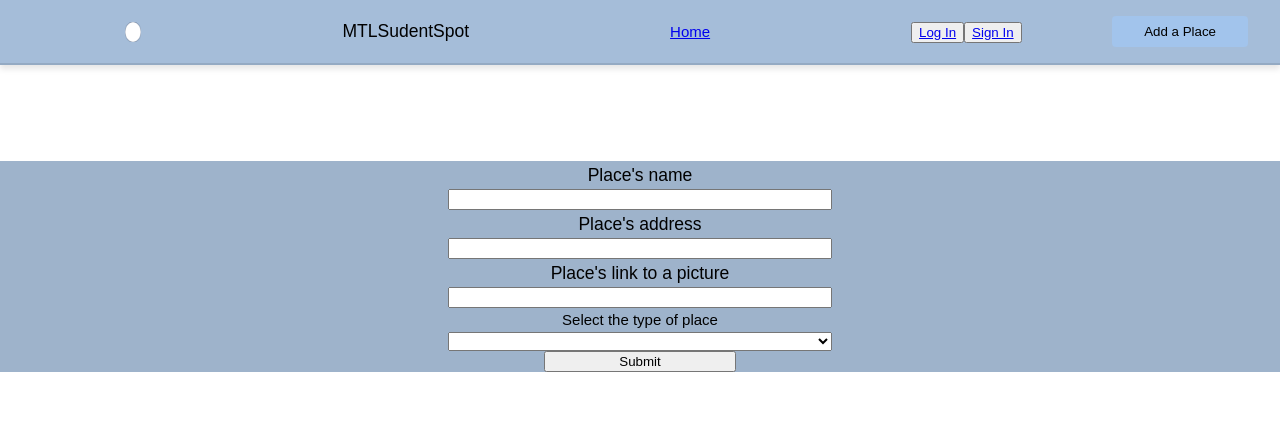
Repository: KevMn6ix/MOD8-2232-GRA-Damois-Leroi--Morant-Munto
Page: /places/add (app in client/)
An editor plug-in stored every save of this project. The page is shown before and after the next save, followed by the edit.
The browser window is 1280 px wide. The pictures show the whole page.
The project was rebuilt for these pictures with package versions that can differ from the ones it lists, and the page was loaded fresh each time. Also part of the build but not shown: client/vite.config.js, client/src/components/HelloWorld.vue, client/src/services/Api.js, client/src/services/AuthentificationService.js, client/src/components/Login.vue, client/src/views/LoginPage.vue, client/src/components/NavBar.vue, client/src/components/RowLandingPage.vue and 2 more.

Above is the page before, as saved 2023-10-18 13:14:33.

### client/index.html
<!DOCTYPE html>
<html lang="en">
  <head>
    <meta charset="UTF-8">
    <link rel="icon" href="/favicon.ico">
    <link href="https://cdnjs.cloudflare.com/ajax/libs/font-awesome/5.15.3/css/all.min.css" rel="stylesheet">

    <meta name="viewport" content="width=device-width, initial-scale=1.0">
    <title>Vite App</title>
  </head>
  <body>
    <div id="app"></div>
    <script type="module" src="/src/main.js"></script>
  </body>
</html>

### client/src/assets/main.css
@import './base.css';
/*
#app {
  max-width: 1280px;
  margin: 0 auto;
  padding: 2rem;

  font-weight: normal;
}

a,
.green {
  text-decoration: none;
  color: hsla(160, 100%, 37%, 1);
  transition: 0.4s;
}

@media (hover: hover) {
  a:hover {
    background-color: hsla(160, 100%, 37%, 0.2);
  }
}

@media (min-width: 1024px) {
  body {
    display: flex;
    place-items: center;
  }

  #app {
    display: grid;
    grid-template-columns: 1fr 1fr;
    padding: 0 2rem;
  }
}
*/
@media (prefers-color-scheme: dark) {
  button {
    color:black;
  }
  input {
    color: white;
    background-color: black;
  }
}

### client/src/App.vue
<script setup>
import { RouterLink, RouterView } from 'vue-router'
import HelloWorld from './components/HelloWorld.vue'
</script>

<template >
  <RouterView />

</template>

<style scoped>
template {
  display: flex;
  flex-direction: column;
}

header {
  line-height: 1.5;
  max-height: 100vh;
}

.logo {
  display: block;
  margin: 0 auto 2rem;
}

nav {
  width: 100%;
  font-size: 12px;
  text-align: center;
  margin-top: 2rem;
}

nav a.router-link-exact-active {
  color: var(--color-text);
}

nav a.router-link-exact-active:hover {
  background-color: transparent;
}

nav a {
  display: inline-block;
  padding: 0 1rem;
  border-left: 1px solid var(--color-border);
}

nav a:first-of-type {
  border: 0;
}

@media (min-width: 1024px) {
  header {
    display: flex;
    place-items: center;
    padding-right: calc(var(--section-gap) / 2);
  }

  .logo {
    margin: 0 2rem 0 0;
  }

  header .wrapper {
    display: flex;
    place-items: flex-start;
    flex-wrap: wrap;
  }

  nav {
    text-align: left;
    margin-left: -1rem;
    font-size: 1rem;

    padding: 1rem 0;
    margin-top: 1rem;
  }
}
</style>

### client/src/router/index.js
import { createRouter, createWebHistory } from 'vue-router'
import HomeView from '../views/HomeView.vue'

const router = createRouter({
  history: createWebHistory(import.meta.env.BASE_URL),
  routes: [
    {
      path: '/',
      name: 'home',
      component: HomeView
    },
    {
      path: '/about',
      name: 'about',
      // route level code-splitting
      // this generates a separate chunk (About.[hash].js) for this route
      // which is lazy-loaded when the route is visited.
      component: () => import('../views/AboutView.vue')
    },
    {
      path: '/login',
      name: 'login',

      component: () => import('../views/LoginPage.vue')
    },
    {
      path: '/register',
      name:'register',

      component: () => import('../views/RegisterPage.vue')
    },
    {
      path: '/places/:types',
      name: 'PlacesList',

      component: () => import('../views/PlaceListView.vue')
    },
    {
      path: '/places/review/:id',
      name : 'review',

      component: () => import('../views/PlaceReview.vue')
    },
    {

      path: '/places/:types/:id',
      name: 'PlacePage',

      component: () => import('../views/PlacesPage.vue')

    },
    {
      path: '/places/add',
      name: 'AddPlace',

      component: () => import('../views/AddPageView.vue')
    }
  ]
})

export default router

### client/src/views/HomeView.vue
<script setup>
import { ref } from 'vue'
import NavBar from '../components/NavBar.vue';
import RowLandingPage from '../components/RowLandingPage.vue';
import PlaceList from '../components/PlaceList.vue';
import { RouterLink} from 'vue-router'
import UsePlaceService from '../../server/services/places-service.js';
const userInput = ref('');
const placeService = UsePlaceService();
console.log(placeService.findPlaces())
const tempListPlace = placeService.findPlace()
console.log(tempListPlace)
</script>

<template>
  <header>
    <NavBar @user-input="(termInputed) => {userInput = termInputed;}"/>
  </header>

  <main id="home-body">
    <div v-if="userInput === ''">
    <h1>
      Visit the most beautiful places with MTL<br>Student Spot !
    </h1>
    <ul id="browse">
      <li id="travel"><RouterLink :to="{name : 'PlacesList', params : {types: 'travel'}}"><RowLandingPage textId="travel" textTitle="Travel"/></RouterLink></li>
      <li id="restaurant"><RouterLink :to="{name : 'PlacesList', params : {types: 'restaurants'}}"><RowLandingPage textId="restaurant" textTitle="Restaurant"/></RouterLink></li>
      <li id="activity"><RouterLink :to="{name : 'PlacesList', params : {types: 'activities'}}"><RowLandingPage textId="activity" textTitle="Activity"/></RouterLink></li>
  </ul>
  </div>
  <div v-else id="research">
    <PlaceList :searchTerms="userInput" :placeArray="placeService.findPlaces()"/>
  </div>
  </main>
  <footer>
    <a href="#" aria-label="SoundCloud">
        <i class="footer-icon">🎵</i>  <!-- Emoji used as placeholder for your icons -->
    </a>
    <a href="#" aria-label="Twitter">
        <i class="footer-icon">🐦</i>  <!-- Emoji used as placeholder for your icons -->
    </a>
    <a href="#" aria-label="YouTube">
        <i class="footer-icon">▶️</i>  <!-- Emoji used as placeholder for your icons -->
    </a>
    <a href="#" aria-label="Instagram">
        <i class="footer-icon">📷</i>  <!-- Emoji used as placeholder for your icons -->
    </a>
    <a href="#" aria-label="Facebook">
        <i class="footer-icon">📘</i>  <!-- Emoji used as placeholder for your icons -->
    </a>
  </footer>

</template>
<style >
body, html {
    font-family: Arial, sans-serif;
    margin: 0;
    padding: 0;
}

:root {
    --color-background-header: #A5BDD9;
    --color-background-default: #A5BDD9;
    --color-background-travel: #a2c4ec;
    --color-background-activity: #9EB3CB;
    --text-color-default: #000;
    --text-navbar-color-default: #FFF;
    --color-navbar: #FFF;
    --color-input: #A5BDD9;
    --button-border: #312e2e;
}

/* Dark Mode Variables */
@media (prefers-color-scheme: dark) {
    :root {
        --color-background-header: #A5BDD9;  /* Adjusted for contrast in dark mode */
        --text-color-default: #FFF;
        --text-navbar-color-default: #000;
        --color-navbar: #312e2e;
        --color-input: #FFF;
        --button-border: #FFF;
        /* The blue shades remain the same as you wanted */
    }
}

/* Header styles */
header {
    display: flex;
    justify-content: space-between;
    align-items: center;
    padding: 1rem 2rem;
    background-color: var(--color-background-header);
    color: var(--text-color-default);
    box-shadow: 0 4px 6px rgba(0, 0, 0, 0.1);
    border-bottom: 2px solid rgba(0, 0, 0, 0.1);
}

header > div:last-child {
    display: flex;
    gap: 1rem;

    a, button {
        padding: 0.5rem 1rem;
        border-radius: 0.25rem;
        transition: background-color 0.3s ease;
        text-decoration: none;
    }

    button {
        background-color: var(--color-background-travel);
        color: #FFF;
        border: none;
        cursor: pointer;
    }

    a {
        color: var(--text-color-default);
    }

    button:hover, a:hover {
        background-color: #7faedc;
    }
}

/* Main content styles */
main {
    background-color: var(--color-background-default);
    text-align: center;
    padding: 2rem 0;
    color: var(--text-color-default);
}

#home-body {

    background-image: url('../assets/montrealbynight.jpg');
    background-size: 1520px;
    background-repeat: repeat;
    background-position: 30%;
    position: relative;
    z-index: 1;
}

#home-body::before {
    content: '';
    display: block;
    position: absolute;
    top: 0;
    right: 0;
    bottom: 0;
    left: 0;
    background-color: rgba(2, 7, 16, 0.84);
    z-index: -1;
}

h1 {
    font-size: 2.5rem;
    margin-bottom: 2rem;
    color: white;
}

ul#browse {
    list-style: none;
    padding: 0;
    display: flex;
    flex-direction: column;
    margin: 0;
}

ul#browse li {
  padding: 0;
  margin: 0px;
  border: 5px solid white;
  border-bottom: 0px;
  transition: background-color 0.3s ease;
  height: 350px;
  background-size: cover;
  display: flex;
  justify-content: center;
  align-items: center;
  font-weight: bold;

}

ul#browse li#activity{

    border-bottom: 5px solid white;

}

ul#browse li > * {
    color: black;
    font-weight: bold;
    width: 100%;
    text-align: center;
}

#travel > *{
    text-align: left;
}

#restaurant > *{
    text-align: right;
}


#restaurant, #travel, #activity {
    background-size: cover;
    position: relative;
}

#restaurant::before, #travel::before, #activity::before {

    content: "";
    position: absolute;
    top: 0;
    right: 0;
    bottom: 0;
    left: 0;
    background-color: inherit;
    opacity: 0.40;
    pointer-events: none;
}


#restaurant {
    background-image: url('../assets/restaurant.jpg');
    background-color: var(--color-background-default);
    background-position: center;
    justify-content: flex-end;
}

#travel {
    background-image: url('../assets/travel.jpg');
    background-color: var(--color-background-travel);
    background-position: center;
    justify-content: flex-start;
}

#activity {
    background-image: url('../assets/jetski.jpg');
    background-color: var(--color-background-activity);
    background-position: center;
    justify-content: flex-start;

}

/* Add hover effects */
ul#browse li:hover {
    background-color: rgba(0, 0, 0, 0.1);
}

/* Footer styles */
footer {
  z-index: 1000;
    display: flex;
    justify-content: space-around;
    align-items: center;
    bottom: 0;

    left: 0;
    width: 100%;
    background-color: #1a1a1a;
    padding: 10px 0;
}

.footer-icon {
    font-size: 24px;
    color: white;
    transition: 0.3s;
}

footer a:hover .footer-icon {
    color: #A5BDD9;
}

/* Media Queries for screen size */
@media screen and (max-width: 768px) {  /* For tablets */
    header {
        flex-direction: column;
    }

    ul#browse {
        gap: 0.5rem;
    }

    footer {
        flex-wrap: wrap;
    }
}

@media screen and (max-width: 480px) {  /* For mobile phones */
    header > div {
        flex-direction: column;
        gap: 0.5rem;
    }

    h1 {
        font-size: 2rem;
    }

    ul#browse li {
        padding: 0.5rem 0;
    }

    footer {
        flex-direction: column;
    }
}
</style>

### client/src/views/AddPageView.vue
<script setup>
import { RouterLink } from 'vue-router';
import TheAddPlaceForm from '../components/TheAddPlaceForm.vue';
import  BarOutsideHome from '../components/BarOutsideHome.vue';
import UsePlaceService from '../../server/services/places-service.js';
const placeService = UsePlaceService()
</script>
<template>
    <header>
        <BarOutsideHome/>
    </header>
    <h1>
        Reference any place you like to hang out
    </h1>
    <TheAddPlaceForm @user-input="(termInputed) => {placeService.addPlace(termInputed.Title, termInputed.Address, termInputed.Type, termInputed.Picture); console.log(UsePlaceService().findPlaces())}"/>
</template>
<style scoped>
*{
    min-width: 333px;
}

header {
    display: flex;
    justify-content: space-between;
    align-items: center;
    padding: 1rem 2rem;
    background-color: var(--color-background-header);
    color: var(--text-color-default);
    box-shadow: 0 4px 6px rgba(0, 0, 0, 0.1);
    border-bottom: 2px solid rgba(0, 0, 0, 0.1);
}

header > div:last-child {
    display: flex;
    gap: 1rem;

    a, button {
        padding: 0.5rem 1rem;
        border-radius: 0.25rem;
        transition: background-color 0.3s ease;
        text-decoration: none;
    }

    button {
        background-color: var(--color-background-travel);
        color: #FFF;
        border: none;
        cursor: pointer;
    }

    a {
        color: var(--text-color-default);
    }

    button:hover, a:hover {
        background-color: #7faedc;
    }
}
</style>

### client/server/services/places-service.js
let id = 0;
const placeList = [
  {Id: ++id, Type: "restaurant", Title: "Brutopia", Address: "888 rjij", Rating: 4, HygieneRating: 5, AmbianceRating: 3, PriceRating: 5, Picture: "https://css-tricks.com/wp-content/uploads/2018/10/align-items.svg"},
  {Id: ++id, Type: "activity",Title: "cheval blanc", Address: "56656 fd", Rating: 3, HygieneRating: 3, AmbianceRating: 4, PriceRating: 2},
  {Id: ++id, Type: "travel",Title: "nyx", Address: "86 sfd", Rating: 3, HygieneRating: 4, AmbianceRating: 4, PriceRating: 2},
  {Id: ++id, Type: "restaurant",Title: "bnyx", Address: "86 sfd", Rating: 3, HygieneRating: 4, AmbianceRating: 4, PriceRating: 2, Picture:"https://cdn4.buysellads.net/uu/1/134955/1685040267-designdotdev5.jpg"}
]

let idRating = 0
const PlaceRating = [
    {Id: ++idRating, IdPlace: 2, HygieneRating: 3, AmbianceRating: 4, PriceRating: 2, CommentRate:"Nice place."},
    {Id: ++idRating, IdPlace: 1, HygieneRating: 5, AmbianceRating: 3, PriceRating: 5, CommentRate:"I like to go there."},
    {Id: ++idRating, IdPlace: 4, HygieneRating: 4, AmbianceRating: 4, PriceRating: 2, CommentRate:"They cook my favorite food."},
    {Id: ++idRating, IdPlace: 3, HygieneRating: 4, AmbianceRating: 4, PriceRating: 2, CommentRate:"I went there while visiting."}
]


function findPlaces() {
    return placeList
}

function findPlace(id) {
    for (let place of placeList) {
        if (place.Id == id) {
            return place
        }

    }
    return null
}

function sumAmbiance(listOfRatings) {
    let res = 0;
    for (let rating of listOfRatings) {
        res += rating.AmbianceRating;
    }
    console.log(res)
    return res;
}

function sumHygiene(listOfRatings) {
    let res = 0;
    for (let rating of listOfRatings) {
        res += rating.HygieneRating;
    }

    return res;
}
function sumPrice(listOfRatings) {
    let res = 0;
    for (let rating of listOfRatings) {
        res += rating.PriceRating;
    }
    console.log(res)
    return res;
}

function findRatingsAbout(id) {
    /*console.log(PlaceRating)*/
    return PlaceRating.filter((rating) => {  return rating.IdPlace == id});
}

function actualiseRating(id) {
    const place = findPlace(id);
    console.log(findRatingsAbout(id))
    place.AmbianceRating = Math.round(sumAmbiance(findRatingsAbout(id))/(findRatingsAbout(id).length))
    place.PriceRating = Math.round(sumPrice(findRatingsAbout(id))/(findRatingsAbout(id).length))
    place.AmbianceRating = Math.round(sumHygiene(findRatingsAbout(id))/(findRatingsAbout(id).length))
    place.Rating = Math.round((place.AmbianceRating + place.HygieneRating + place.PriceRating)/3);
}

function addRating(idPlace, hygieneRating, ambianceRating, priceRating, commentRate) {
    /*
    console.log("^^^^^^^^^^^^^^^^^^^^^^^^")
    console.log(idPlace)
    console.log("^^^^^^^^^^^^^^^^^^^^^^^^^^^^")
    */
   const newRating = {}
   newRating["Id"] = idRating++
   newRating["IdPlace"] = placeList[idPlace - 1].Id
   newRating["HygieneRating"] = hygieneRating
   newRating["AmbianceRating"] = ambianceRating
   newRating["PriceRating"] = priceRating
   newRating["CommentRate"] = commentRate
    PlaceRating.push(newRating)
    /*
    console.log("#################")
    console.log(PlaceRating[idRating - 1].IdPlace)
    console.log("##############################")
    */
    actualiseRating(idPlace)
}


function findRatings() {
    return PlaceRating
}

function findRating(id) {
    for (let rating of PlaceRating) {
        if (rating.Id == id) {
            return rating
        }

    }
    return null
}





function addPlace(title, address, type, picture) {
    const newPlace = {}
    newPlace["Id"] =id++
    newPlace["Type"] =type
    newPlace["Title"] =title
    newPlace["Address"] =address
    newPlace["Rating"] =0
    newPlace["HygieneRating"] =0
    newPlace["AmbianceRating"] =0
    newPlace["PriceRating"] =0
    newPlace["Picture"] =picture
    placeList.push(newPlace)
}


export default function UsePlaceService () {
    return {
    findPlaces,
    findPlace,
    addPlace,
    findRatings,
    findRating,
    addRating,
    findRatingsAbout
}}

### client/src/components/BarOutsideHome.vue
<script setup>
import { ref } from 'vue'
import LoginPage from '../views/LoginPage.vue'
import { RouterLink } from 'vue-router';
import TheSubHeader from './TheSubHeader.vue';
const emit = defineEmits(['user-input'])
const UserInput = ref('')
function sendUserInput() {
    console.log(UserInput.value)
    emit('user-input', UserInput.value)
}
</script>
/** This component is the bar at the top of the screen */
<template>
    <nav id="head-bar">
        <img src="../assets/logoMTL.png">
        <h3>
            MTLSudentSpot
        </h3>
        <RouterLink to="/">
            Home
        </RouterLink>
        <div>
        <button>
            <router-link to='/login'>Log In</router-link>
        </button>
        <button>
            <router-link to="/register">Sign In</router-link>
        </button>
    </div>
</nav>
<div id="sub-header">
<TheSubHeader/></div>
</template>
<style>
nav {
    display: flex;
    flex-wrap: wrap;
    justify-content: space-around;
    align-items: center;
    padding: 0;
    margin: 0;
    align-items: center;
    flex-grow: 3;
    min-width: 178px;
    gap: 20px;
}
img {
    margin-left: 3px;
    height: 20px;
    width: 16px;
}
input {
    flex-grow: 3;
}
#sub-header {
    text-align: center;
}
</style>

### client/src/components/TheAddPlaceForm.vue
<script setup>
import { ref } from 'vue'
import AddPlaceInput from './AddPlaceInput.vue';
const emit = defineEmits(['user-input'])
const UserInput = ref({
    Type: '',
    Title: '',
    Address: '',
    Picture: ''
})
function sendUserInput() {
    console.log(UserInput.value)
    emit('user-input', UserInput.value)
}
function displayUserInput() {
    console.log(UserInput.value)
}
</script>
<template>
    <div id="form-body">
    <AddPlaceInput type="text" @user-input="(termInputed) => {UserInput.Title = termInputed}">
        Place's name
    </AddPlaceInput>
    <AddPlaceInput type="text" @user-input="(termInputed) => {UserInput.Address = termInputed}">
        Place's address
    </AddPlaceInput>
    <AddPlaceInput type="text" @user-input="(termInputed) => {UserInput.Picture = termInputed}">
        Place's link to a picture
    </AddPlaceInput>

    <label for="place-type">
        Select the type of place
    </label>
    <div id="form-nested-body">
    <select name="place-type" v-model="UserInput.Type">
        <option value="restaurant">Restaurant</option>
        <option value="activity">Activity</option>
        <option value="travel">Travel</option>
    </select>
    <button @click="sendUserInput">
        Submit
    </button>
</div>
    </div>
</template>
<style scoped>
* {
    min-width: 333px;

}
#form-body {
    background-color: var(--color-background-activity);
    display: flex;
    flex-direction: column;
    color: black;
    justify-content: center;
    @media (prefers-color-scheme: dark) {
        color: white;
    }
}
button {
    min-width: 50px;
    width: 15%;
    margin-left: 42.5%;
    flex-shrink: 3;
}
select {
    min-width: 30px;
    width: 30%;
}
label {
    text-align: center;
}
#form-nested-body {
    display: flex;
    flex-direction: column;

}
select {
    margin-left: 35%;
}
</style>

### client/src/components/TheSubHeader.vue
<script setup>
import { RouterLink } from 'vue-router';
</script>
<template>
    <button>
      <RouterLink to="/places/add"> Add a Place</RouterLink>
    </button>
</template>
<style scoped>
:root {
  --light-color-background-restaurant: #A5BDD9;
    --light-color-background-travel: #a2c4ec;
    --light-color-background-activity: #9EB3CB;
    --dark-color-background-restaurant: #a2c4ec9d;
    --dark-color-background-travel: #a5bdd971;
    --dark-color-background-activity: #9eb3cb0e;
    --color-background-restaurant: var(--light-color-background-restaurant);
    --color-background-travel: var(--light-color-background-travel);
    --color-background-activity: var(--light-color-background-activity);
    @media (prefers-color-scheme: dark) {
      --color-background-restaurant: var(--dark-color-background-restaurant);
        --color-background-travel: var(--dark-color-background-travel);
        --color-background-activity: var(--dark-color-background-activity);
    }
}
p {
    min-width: 333px;
    text-align: center;
    size: 50%;
    padding: 0;
    margin: 0;
}
</style>

### client/src/components/AddPlaceInput.vue
<script setup>
import { ref } from 'vue'
const emit = defineEmits(['user-input'])
const UserInput = ref('')
function sendUserInput() {
    console.log(UserInput.value)
    emit('user-input', UserInput.value)
}
const inputType = defineProps({
    Type: String
})
</script>
<template>
    <div id="enter">
    <h3>
        <slot>
        </slot>
    </h3>
    <input :type="inputType.Type" v-model="UserInput" @input="sendUserInput">
    </div>
</template>
<style scoped>
h3 {
    text-align: center;
}
input {
    min-width: 30px;
    width: 30%;
}
#enter {
    display: flex;
    flex-direction: column;
    align-items: center;
}
</style>

Loaded but not shown: client/src/main.js (common file); client/src/assets/base.css (common file)

After the next save:
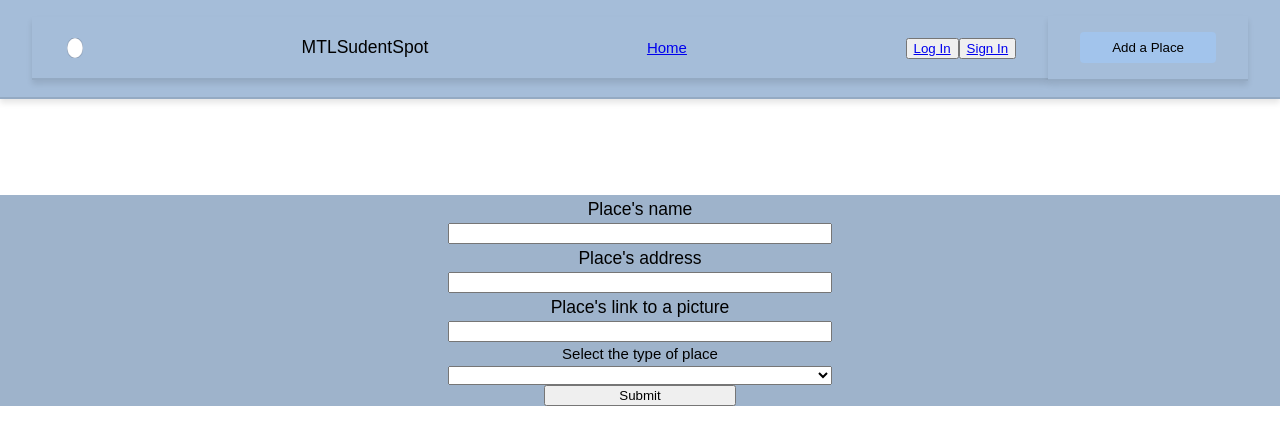
Saved 16 s later.
--- a/client/src/views/AddPageView.vue
+++ b/client/src/views/AddPageView.vue
@@ -19,7 +19,7 @@ const placeService = UsePlaceService()
     min-width: 333px;
 }
 
-header {
+header >*{
     display: flex;
     justify-content: space-between;
     align-items: center;
